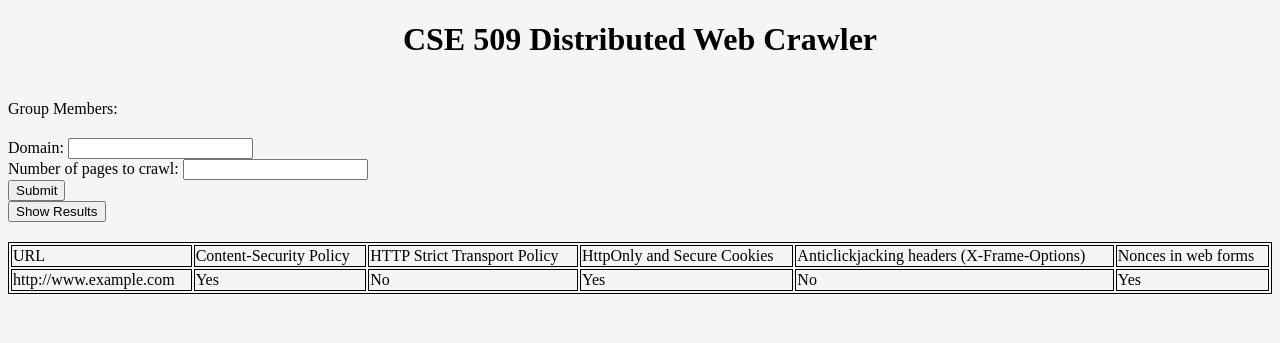
Repository: mfleish3/Crawler
Page: cse509/Crawling/WebContent/index.html
The author's editor kept a copy of each file at every save. The page is drawn from the files as they stood at one save, then again after the next save.
The browser window is 1280 px wide. The pictures show the whole page.

Above is the page before, as saved 2015-11-07 22:02:22.

After the next save:
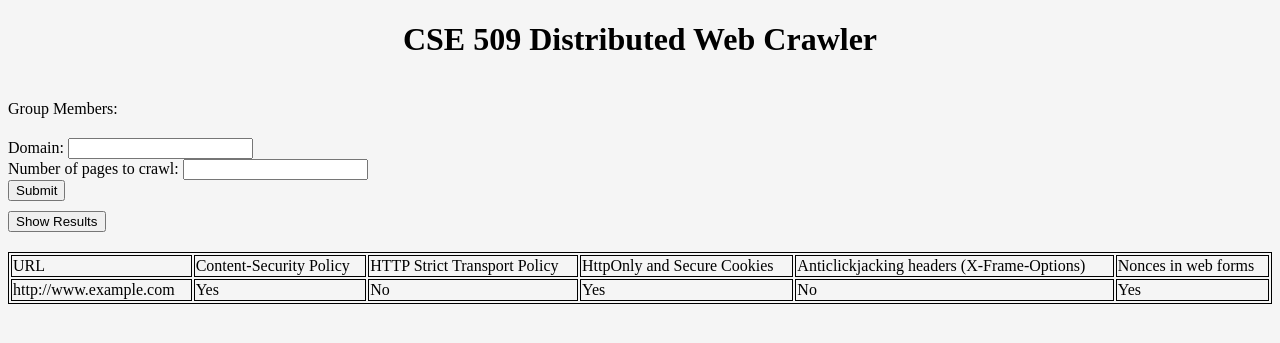
Saved 20 s later.
--- a/cse509/Crawling/WebContent/style/index.css
+++ b/cse509/Crawling/WebContent/style/index.css
@@ -27,3 +27,7 @@ td {
 	text-align: center;
 	width: 100%;
 }
+
+#showResults {
+	padding-top: 10px;
+}
